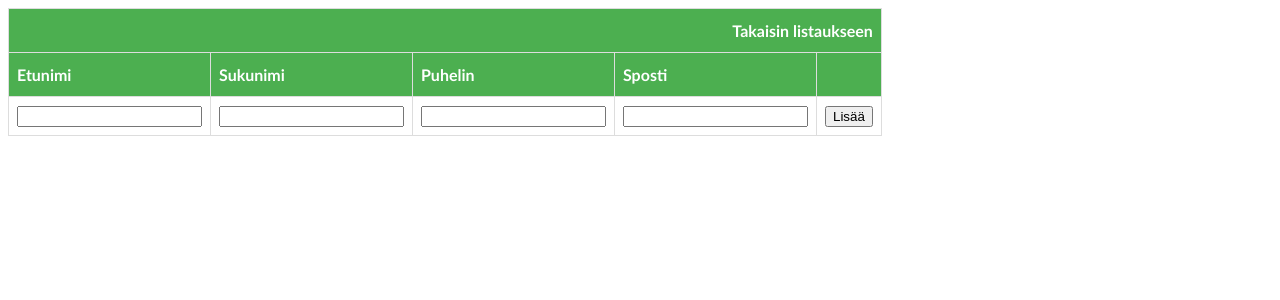
Repository: NicklasHH/Etatehtava_6
Page: http://localhost/Asiakkaat/muutaasiakas.jsp
The author's editor kept a copy of each file at every save. The page is drawn from the files as they stood at one save, then again after the next save.
The browser window is 1280 px wide. The pictures show the whole page.
The page is served by Tomcat 9.

Above is the page before, as saved 2022-11-08 10:44:22.

After the next save:
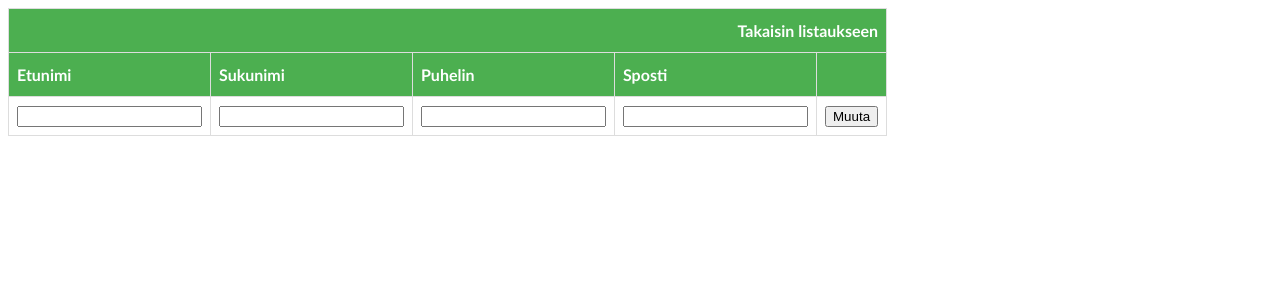
Saved 50 s later.
--- a/Asiakkaat/src/main/webapp/muutaasiakas.jsp
+++ b/Asiakkaat/src/main/webapp/muutaasiakas.jsp
@@ -29,7 +29,7 @@
 				<td><input type="text" name="sukunimi" id="sukunimi" /></td>
 				<td><input type="text" name="puhelin" id="puhelin" /></td>
 				<td><input type="text" name="sposti" id="sposti" /></td>
-				<td><input type="button" value="Lisää" onclick="tutkiJaLisaa()" /></td>
+				<td><input type="button" value="Muuta" onclick="tutkiJaLisaa()" /></td>
 			</tr>
 		</tbody>
 	</table>
